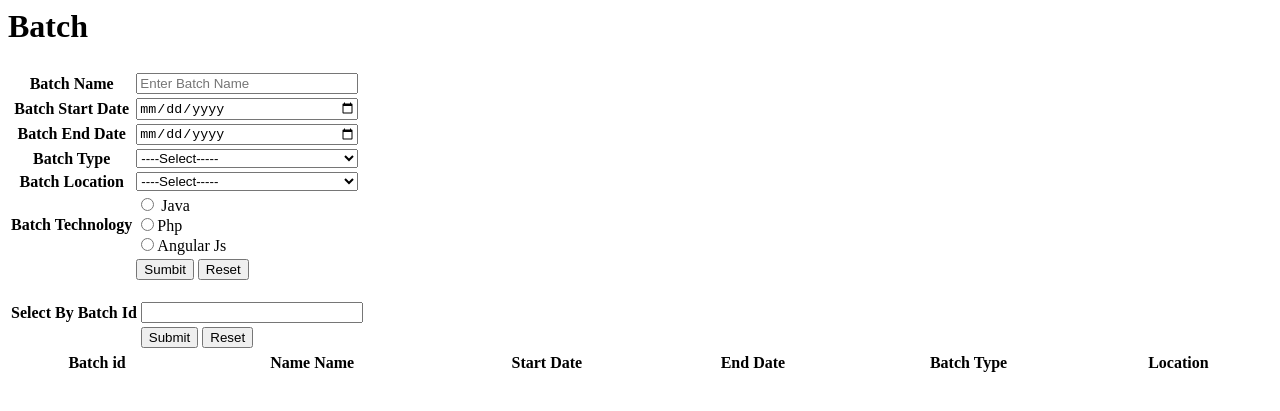
Repository: Dipak27/Dipak-s-front-end
Page: http://localhost/Traning_Management/batchcreate.jsp
An editor plug-in stored every save of this project. The page is shown before and after the next save, followed by the edit.
The browser window is 1280 px wide. The pictures show the whole page.
The page is served by Tomcat 9.

Above is the page before, as saved 2016-11-10 04:58:47.

After the next save:
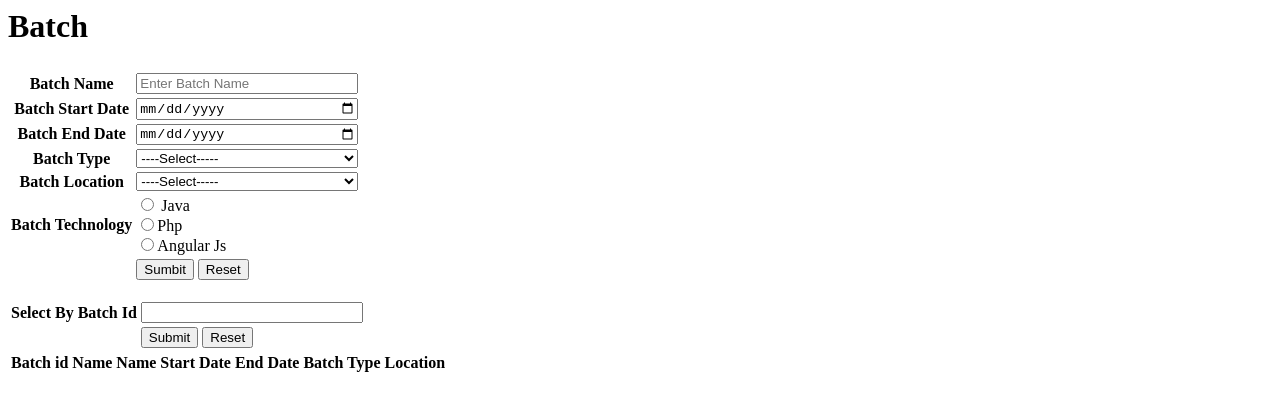
Saved 7 s later.
--- a/Training Management Project/Traning_Management/src/main/webapp/batchcreate.jsp
+++ b/Training Management Project/Traning_Management/src/main/webapp/batchcreate.jsp
@@ -126,7 +126,7 @@
 										</tr>
 
 
-												<table border='0' width='100%' class='table11'>
+												<table border='0' width='auto' class='table11'>
 												<tr>
 														<th>Batch id</th>
 														<th>Name Name</th>

After the save that followed:
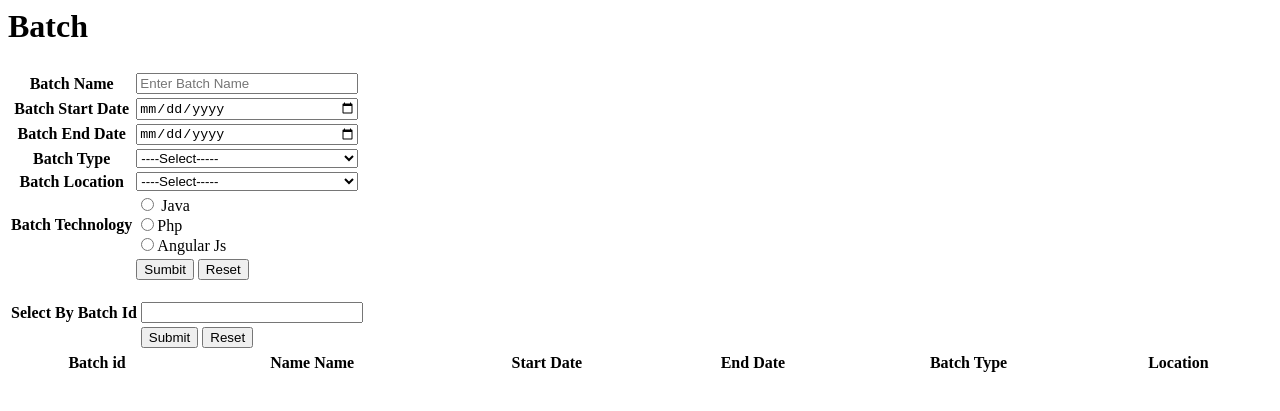
Saved 13 s later.
--- a/Training Management Project/Traning_Management/src/main/webapp/batchcreate.jsp
+++ b/Training Management Project/Traning_Management/src/main/webapp/batchcreate.jsp
@@ -126,7 +126,7 @@
 										</tr>
 
 
-												<table border='0' width='auto' class='table11'>
+												<table border='0' width='100%' class='table11'>
 												<tr>
 														<th>Batch id</th>
 														<th>Name Name</th>
